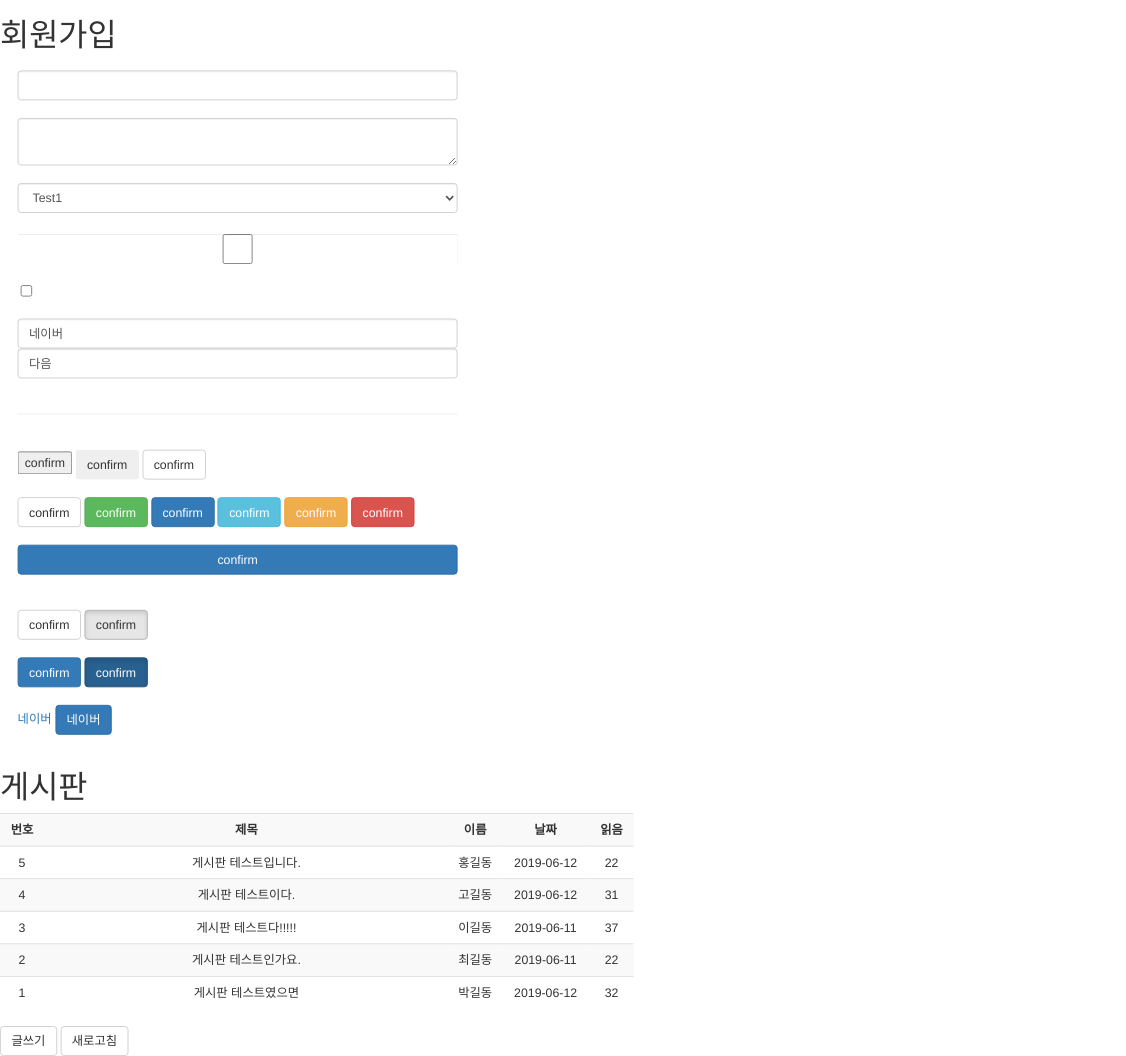
Repository: yhj4130/BootstrapStudy
Page: BootstrapWork/WebContent/BootEx03.html
An editor plug-in stored every save of this project. The page is shown before and after the next save, followed by the edit.
The browser window is 1280 px wide. The pictures show the whole page, at 88% of full size.

Above is the page before, as saved 2019-06-12 02:36:50.

### BootstrapWork/WebContent/BootEx03.html
<!DOCTYPE html>
<html>
<head>
<meta charset="UTF-8">
<title>BootEx03.html</title>

<link rel="stylesheet" href="css/bootstrap.css">
<script type="text/javascript" src="js/jquery-3.4.1.min.js"></script>
<script type="text/javascript" src="js/bootstrap.min.js"></script>

<style type="text/css">

	/* 테이블 기본 서식 */
	#table
	{
		width: 500px;
		border: 1px solid black;
		border-collapse: collapse;
	}

	#table td
	{
		border: 1px solid black;
	}

	#table1
	{
		width: 720px;
	}

	#table1 th{text-align: center;}
	#table1 th:nth-child(1){width: 50px;}
	#talbe1 th:nth-child(2){width: 460px;}
	#table1 th:nth-child(3){width: 60px;}
	#table1 th:nth-child(4){width: 100px;}
	#table1 th:nth-child(5){width: 50px;}

	#table1 td{text-align: center;}

</style>

</head>
<body>

<h1>회원가입</h1>

<form action="" style="width: 500px; margin: 20px;">

	<input type="text" class="form-control">
	<br>

	<textarea rows="" cols="" class="form-control"></textarea>
	<br>

	<select class="form-control">
		<option>Test1</option>
		<option>Test2</option>
		<option>Test3</option>
		<option>Test4</option>
	</select>
	<br>

	<input type="checkbox" class="form-control">
	<br>

	<input type="checkbox" style="width: 20px;">
	<br><br>

	<a href="#" class="form-control">네이버</a>
	<a href="#" class="form-control">다음</a>

	<br><hr><br>

	<input type="button" value="confirm">
	<input type="button" value="confirm" class="btn">
	<input type="button" value="confirm" class="btn btn-default">
	<br><br>

	<input type="button" value="confirm" class="btn btn-default">
	<input type="button" value="confirm" class="btn btn-success">
	<input type="button" value="confirm" class="btn btn-primary">
	<input type="button" value="confirm" class="btn btn-info">
	<input type="button" value="confirm" class="btn btn-warning">
	<input type="button" value="confirm" class="btn btn-danger">
	<br><br>

	<!-- 『btn-block』 : 버튼이 포함되어 있는 부모 요소만큼 꽉 채워서 랜더링한다. -->
	<input type="button" value="confirm" class="btn btn-primary btn-block">
	<br><br>

	<!--  -->
	<input type="button" value="confirm" class="btn btn-default">
	<input type="button" value="confirm" class="btn btn-default active">
	<br><br>

	<input type="button" value="confirm" class="btn btn-primary">
	<input type="button" value="confirm" class="btn btn-primary active">
	<br><br>

	<a href="#">네이버</a>
	<a href="#" class="btn btn-primary" role="button">네이버</a>
	<br><br>

</form>

<div id="main">

	<h1>게시판</h1>

	<table class="table table-striped" id="table1">
		<tr>
			<th>번호</th>
			<th>제목</th>
			<th>이름</th>
			<th>날짜</th>
			<th>읽음</th>
		</tr>
		<tr>
			<td>5</td>
			<td>게시판 테스트입니다.</td>
			<td>홍길동</td>
			<td>2019-06-12</td>
			<td>22</td>
		</tr>
		<tr>
			<td>4</td>
			<td>게시판 테스트이다.</td>
			<td>고길동</td>
			<td>2019-06-12</td>
			<td>31</td>
		</tr>
		<tr>
			<td>3</td>
			<td>게시판 테스트다!!!!!</td>
			<td>이길동</td>
			<td>2019-06-11</td>
			<td>37</td>
		</tr>
		<tr>
			<td>2</td>
			<td>게시판 테스트인가요.</td>
			<td>최길동</td>
			<td>2019-06-11</td>
			<td>22</td>
		</tr>
		<tr>
			<td>1</td>
			<td>게시판 테스트였으면</td>
			<td>박길동</td>
			<td>2019-06-12</td>
			<td>32</td>
		</tr>
	</table>

	<div id="btnSet">
		<input type="button" value="글쓰기" class="btn btn-default">
		<input type="button" value="새로고침" class="btn btn-default">
	</div>

</div>

</body>
</html>

Loaded but not shown: BootstrapWork/WebContent/css/bootstrap.css (library); BootstrapWork/WebContent/js/jquery-3.4.1.min.js (library); BootstrapWork/WebContent/js/bootstrap.min.js (library)

After the next save:
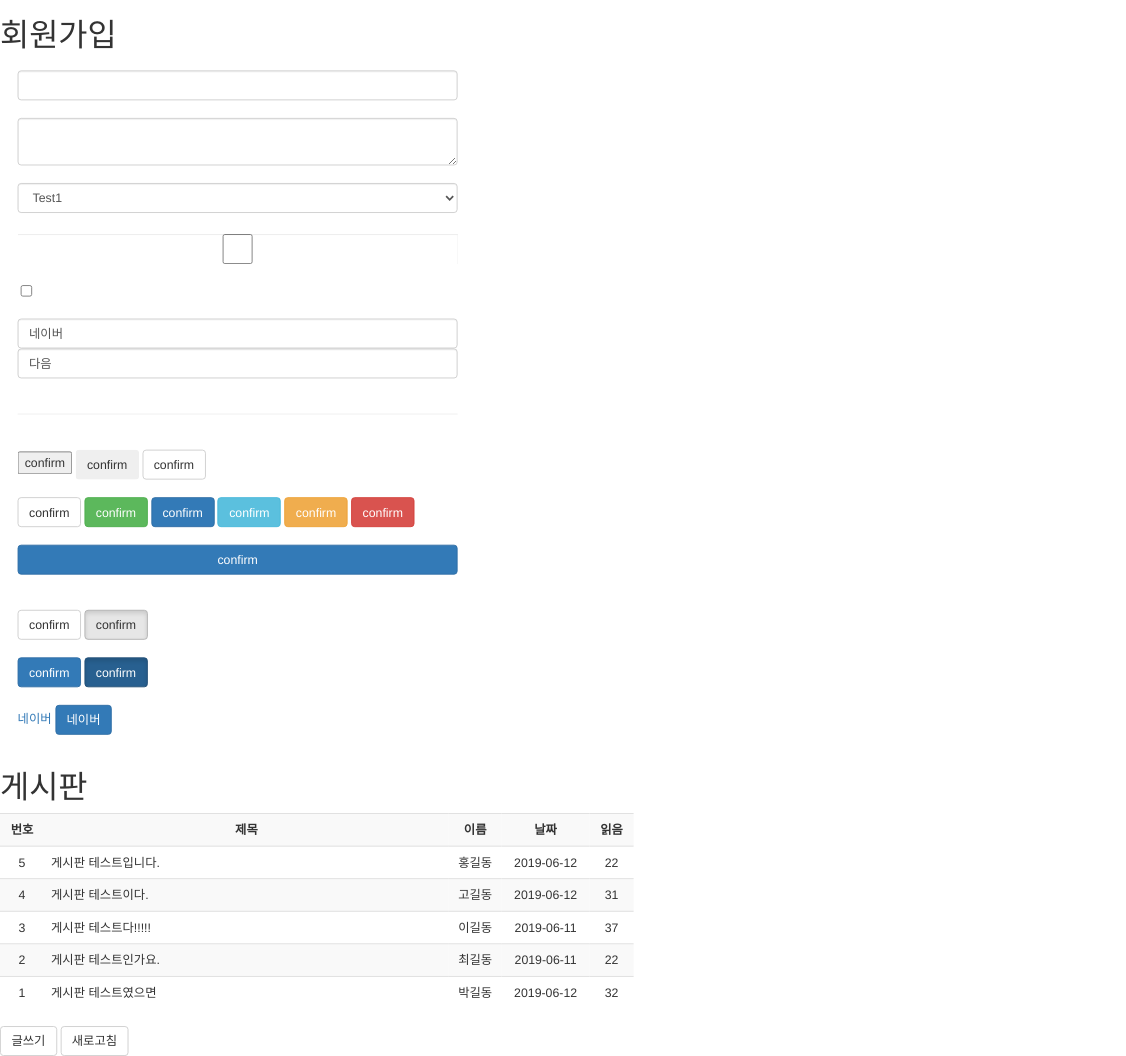
Saved 25 s later.
--- a/BootstrapWork/WebContent/BootEx03.html
+++ b/BootstrapWork/WebContent/BootEx03.html
@@ -36,6 +36,7 @@
 	#table1 th:nth-child(5){width: 50px;}
 
 	#table1 td{text-align: center;}
+	#table1 td:nth-child(2){text-align: left;}
 
 </style>
 
